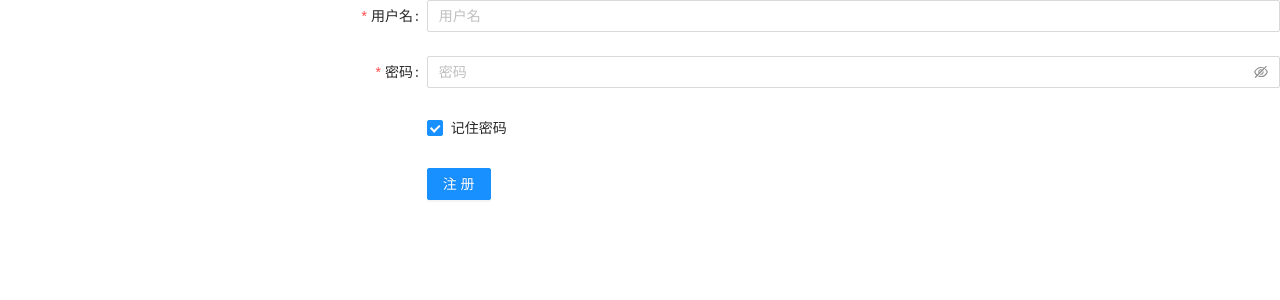
Repository: Vsran/management
Page: /register
An editor plug-in stored every save of this project. The page is shown before and after the next save, followed by the edit.
The browser window is 1280 px wide. The pictures show the whole page.
The project was rebuilt for these pictures with package versions that can differ from the ones it lists, and the page was loaded fresh each time. Also part of the build but not shown: src/pages/login.js, src/router.js, src/routeWithSubRoutes.js.

Above is the page before, as saved 2021-01-25 17:37:42.

After the next save:
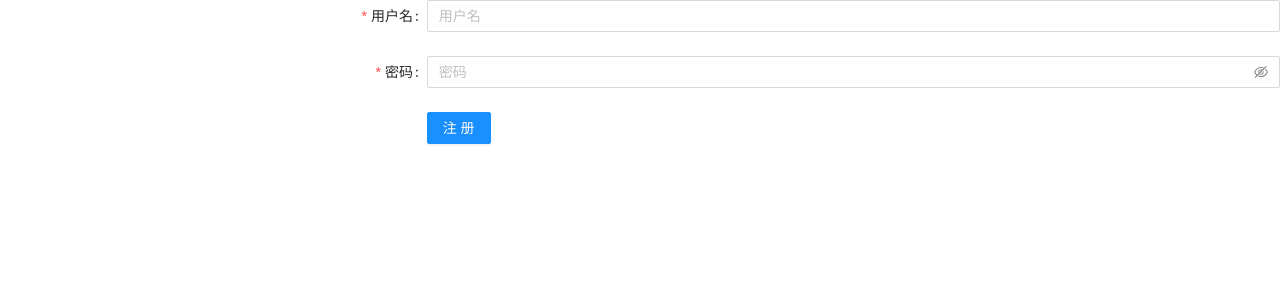
Saved 41 s later.
--- a/src/pages/register/index.js
+++ b/src/pages/register/index.js
@@ -92,10 +92,6 @@ function LogIn(props) {
           />
         </Form.Item>
 
-        <Form.Item {...tailLayout} name='remember' valuePropName='checked'>
-          <Checkbox>记住密码</Checkbox>
-        </Form.Item>
-
         <Form.Item {...tailLayout}>
           <Button type='primary' htmlType='submit'>
             注册
